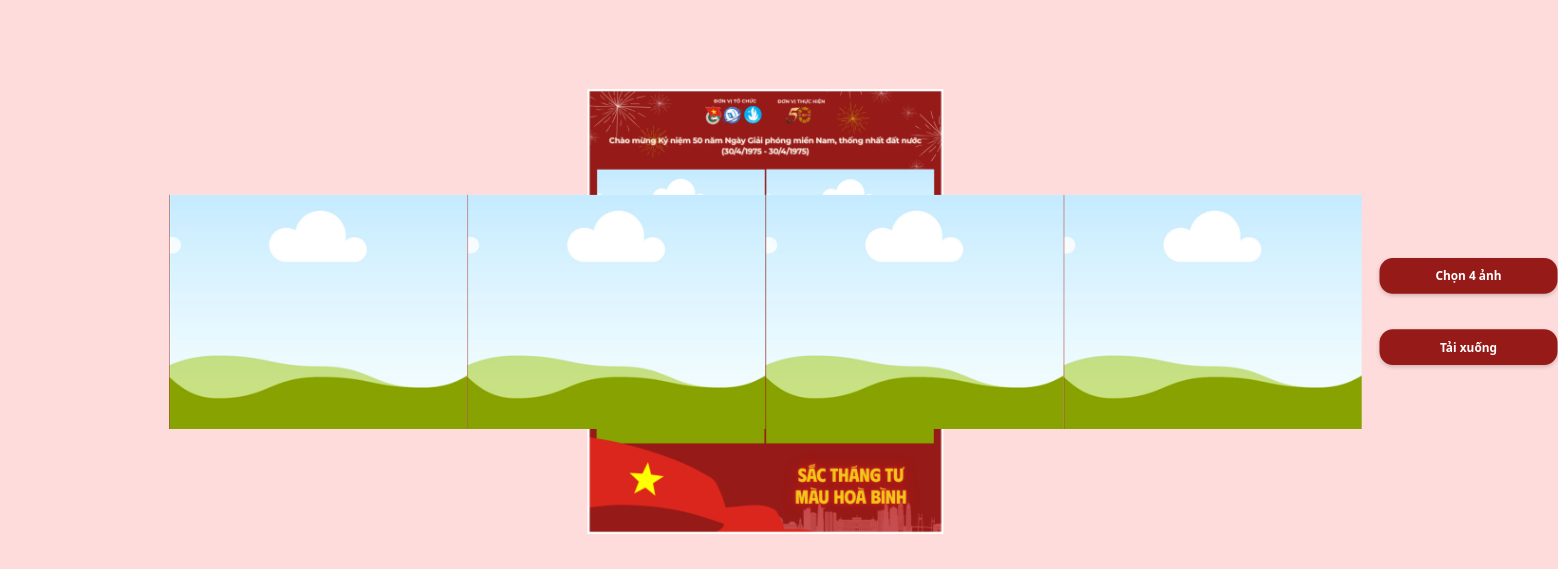
Repository: nguyentambinh/tuoitretdmu
Page: http://localhost/
An editor plug-in stored every save of this project. The page is shown before and after a run of saves, followed by the edit.
The browser window is 1280 px wide. The page is 1750 px wide, then 1410 px, so the pictures cover 1750 px, including what lies to the right of the window. The pictures show the whole page, at 89% of full size.
The page is run by PHP 8.4 with error messages shown; the project is at /var/www/html/.

Above is the page before, as saved 2025-04-10 13:58:36.
Console error: TypeError: Cannot read properties of null (reading 'addEventListener')

### index.php
<!DOCTYPE html>
<html lang="en">
<head>
    <meta charset="UTF-8">
    <meta name="viewport" content="width=device-width, initial-scale=1.0">
    <link rel="stylesheet" href="main.css">
    <script src="main.js"></script>
    <title></title>
</head>
<body>
    <div class = "container-box">
        <div class="background-box grid grid-cols-2 gap-2 mt-4">
            <img src="/picture/1.png" alt="" class="img-sub w-full h-[150px] object-cover rounded">
            <img src="/picture/2.png" alt="" class="img-sub w-full h-[150px] object-cover rounded">
            <img src="/picture/3.png" alt="" class="img-sub w-full h-[150px] object-cover rounded">
            <img src="/picture/4.png" alt="" class="img-sub w-full h-[150px] object-cover rounded">
        </div>
        <div class="control-box">
            <button id="btn-add-picture" class=" btn-custom">
                Chọn 4 ảnh
            </button>
            <button class="btn-custom btn-dowload-picture">Tải xuống</button>
        </div>
    </div>
</body>



</html>

### main.css
body {
    background-color: #ffdcdc;
    margin: 0;
    padding: 0;
    display: flex;
    justify-content: center;
    margin-top: 100px;
}

.container-box {
    display: grid;
    grid-template-columns: 1fr 0.5fr;
    gap: 20px;
    width: 900px;
    max-width: 100%;
}



.background-box {
    display: flex;
    justify-content: center;
    align-items: center;
    background-position: center;
    background-image: url('./picture/FRAMEPHOTOBOOTH304.png');
    background-size: contain;
    background-repeat: no-repeat;
    width: 100%;
    height: 500px;
}

.control-box {
    display: flex;
    flex-direction: column;
    align-items: center;
    justify-content: center;
}

.btn-custom {
    background-color: #961A17;
    border-radius: 15px;
    font-weight: bold;
    font-family: system-ui;
    width: 200px;
    height: 40px;
    color: white;
    margin: 20px 0;
    border: none;
    box-shadow: 0 2px 5px rgba(0,0,0,0.2);
    cursor: pointer;
}
@media screen and (max-width: 720px) {
    .container-box {
        grid-template-columns: 1fr;
        grid-template-rows: auto auto;
        width: 100%;
        padding: 0 10px;
        margin: 5px 0;
    }

    .control-box {
        align-items: center;
    }
    .btn-custom{
        width: 300px;
    }
}
.img-sub{

}

### main.js

  document.getElementById("btn-add-picture").addEventListener("click", function () {
    const input = document.createElement("input");
    input.type = "file";
    input.accept = "image/*";
    input.multiple = true;
    input.style.display = "none";

    input.addEventListener("change", function (e) {
      const files = e.target.files;
      const imgElements = document.querySelectorAll(".background-box .img-sub");

      for (let i = 0; i < imgElements.length; i++) {
        if (files[i]) {
          const reader = new FileReader();
          reader.onload = function (event) {
            imgElements[i].src = event.target.result;
          };
          reader.readAsDataURL(files[i]);
        } else {
          imgElements[i].src = "";
        }
      }
    });

    document.body.appendChild(input);
    input.click();
    input.remove();
  });

After the next 2 saves:
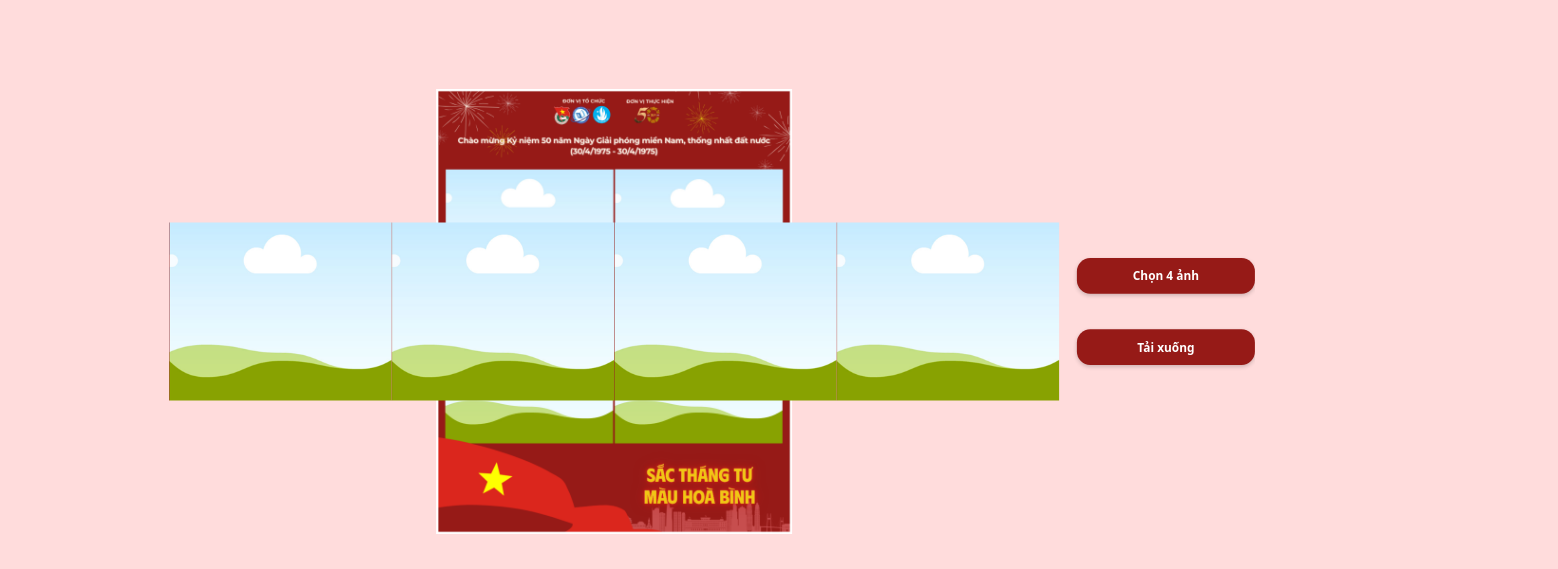
The 2 saves are shown as one change because they came seconds apart.
The last was saved 8 s later.
--- a/main.css
+++ b/main.css
@@ -66,5 +66,6 @@ body {
     }
 }
 .img-sub{
-
+    width: 250px;
+    height: 200px;
 }
